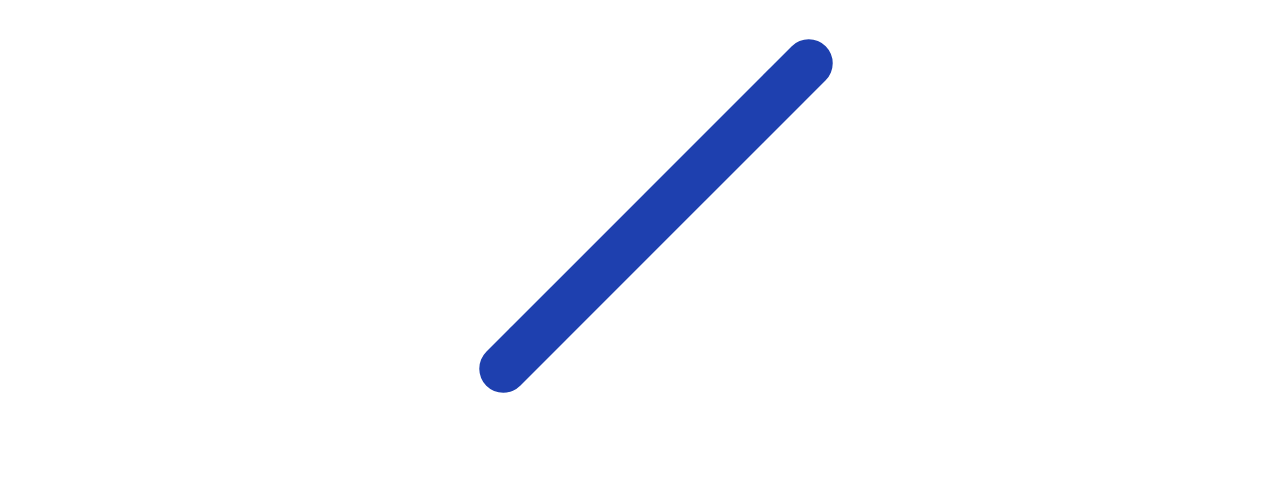
Repository: 30namp/youtube-web-art-code
Page: stunning landing page 1/index.html
The author's editor kept a copy of each file at every save. The page is drawn from the files as they stood at one save, then again after the next save.
The browser window is 1280 px wide. The pictures show the whole page.

Above is the page before, as saved 2024-09-26 17:16:33.

After the next save:
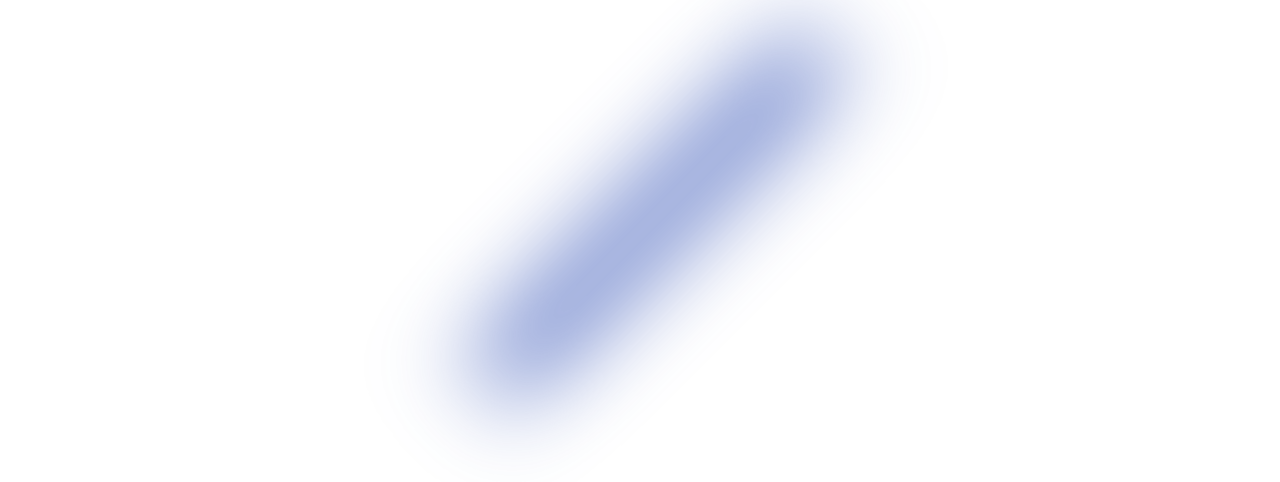
Saved 8 s later.
--- a/stunning landing page 1/index.html
+++ b/stunning landing page 1/index.html
@@ -8,7 +8,7 @@
   </head>
   <body class="min-h-screen">
     <div
-      class="absolute right-96 top-48 h-12 w-[30rem] rounded-full -rotate-45 bg-blue-800 blur-4xl"
+      class="absolute right-96 top-48 h-12 w-[30rem] rounded-full -rotate-45 bg-blue-800 blur-[3rem]"
     ></div>
   </body>
 </html>
